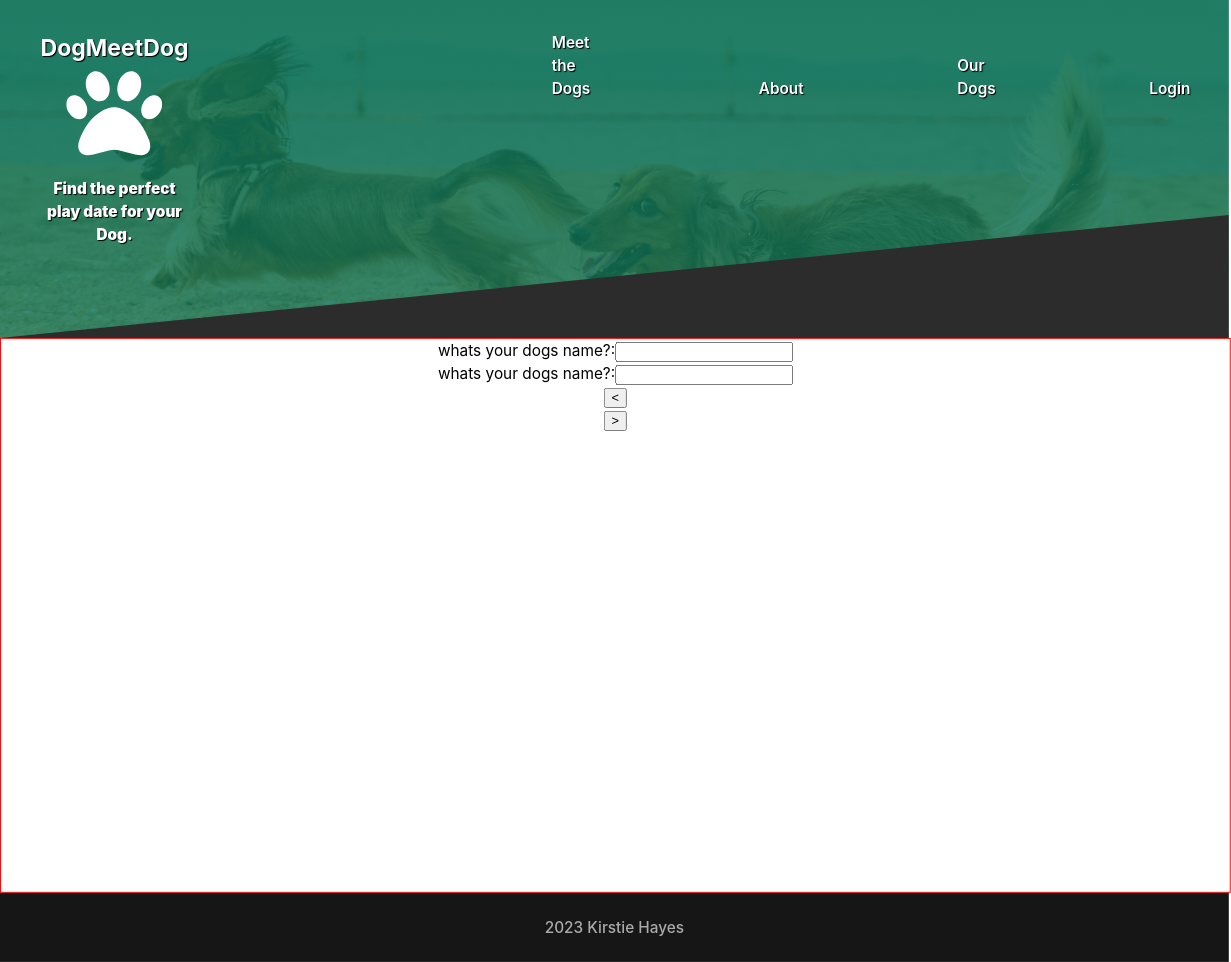
Repository: epixieme/dogmeetdog
Page: /questions (app in client/)
These files come from the project's save history. The page is drawn as it stood at one moment and after the next save; the edit follows.
The browser window is 1280 px wide. The page is 1282 px wide, so the pictures cover 1282 px, including what lies to the right of the window. The pictures show the whole page, at 96% of full size.
Some web libraries are served in a nearby version. The project was rebuilt for these pictures with package versions that can differ from the ones it lists, and the page was loaded fresh each time. Also part of the build but not shown: client/vite.config.ts, client/src/components/Shared/Headers/Dashboard-Header/dashboardHeader.css, client/src/components/Shared/Headers/Dashboard-Header/DashboardHeader.tsx, client/src/components/Layouts/Login_Layout.tsx, client/src/components/Shared/ErrorMessage/ErrorMessage.tsx, client/src/components/Shared/Loader/Loader.tsx, client/src/pages/LoggedOut/Home.tsx, client/src/pages/LoggedOut/About/About.tsx and 10 more.

Above is the page before, as saved 2024-01-29 16:24:25.

### client/index.html
<!DOCTYPE html>
<html lang="en">
  <head>
    <meta charset="UTF-8" />
    <link rel="icon" type="image/svg+xml" href="/vite.svg" />
    <meta name="viewport" content="width=device-width, initial-scale=1.0" />
    <script src="https://kit.fontawesome.com/b189f585cc.js" crossorigin="anonymous"></script>
    <title>Vite + React</title>
  </head>
  <body>
    <div id="root"></div>
    <script type="module" src="src/main.tsx"></script>
  </body>
</html>

### client/src/main.tsx
import ReactDOM from "react-dom/client";
import App from "./App";
import "./index.css";
import { ApolloClient, InMemoryCache, ApolloProvider,} from '@apollo/client'

const client = new ApolloClient({
  uri: 'http://localhost:4000',
  cache: new InMemoryCache(),
})

ReactDOM.createRoot(document.getElementById("root") as Element).render(

<ApolloProvider client={client}>
    <App />
</ApolloProvider>

);

### client/src/App.tsx
import { RouterProvider } from "react-router-dom";
import router from "./routes/router";


function App() {
  return <RouterProvider router={router} />
}

export default App;

### client/src/routes/router.tsx
import {
  createBrowserRouter,
  createRoutesFromElements,
  Route,
} from "react-router-dom";

import Main_Layout from "../components/Layouts/Main_Layout";
import Login_Layout from "../components/Layouts/Login_Layout";
import Home from "../pages/LoggedOut/Home";
import About from "../pages/LoggedOut/About/About";
import DisplayDogs from "../pages/LoggedOut/Dogs/DisplayDogs";
import NotFound from "../pages/Shared/NotFound";
// import DogDetails from "../pages/LoggedOut/Dogs/DogDetails";
import Dashboard from "../pages/LoggedIn/Dashboard";
import Reviews from "../pages/LoggedIn/Reviews";
import Question from "../pages/SignUp/Question";
import Login from "../pages/Login/Login";
import QuestionPage from "../pages/SignUp/QuestionPage";



//nested routes
const router = createBrowserRouter(
  createRoutesFromElements(
    <Route path="/" element={<Main_Layout />}>
      <Route index element={<Home />} />
      <Route path="dogs" element={<DisplayDogs /> } />
      <Route path="about" element={<About />} />
      <Route path="questions" element={<QuestionPage />} />
      <Route path="login"element={<Login />}/>
      {/* <Route path="dogs/:id" element={<DogDetails />} /> */}
      <Route path="meetdogs" element={<Login_Layout />}>
        <Route index element={<Dashboard />} />
        <Route path="reviews" element={<Reviews />} />
      </Route>
      <Route path="*" element={<NotFound />} />
    </Route>
  )
);

export default router;

### client/src/components/Layouts/Main_Layout.tsx
import Footer from "../shared/Footer/Footer"
import Header from "../shared/Headers/Main-Header/Header";
import { Outlet } from "react-router-dom";

export default function Main_Layout() {
  return (
    <>
      <Header />
      <main className="">
        <Outlet />
      </main>
      <Footer />
    </>
  );
}

### client/src/pages/SignUp/QuestionPage.tsx
import { Question } from "@features";
import { Button } from "@shared";
import useQuestionHook from "./useQuestionHook";
import "./signUp.css";
import { useEffect, useState, useRef } from "react";

export default function Questions(initialAnswer = "") {
  //store answers  to local storage
  // post answers and create a graph query
  // animate
  // const inputRef = useRef(null)
  const [answer, setAnswer] = useState<string>("");
  // const [answer, setAnswer] = useState<string>(window.localStorage.getItem('answer') || initialAnswer);

  // to use local storage use the allanswers[previousScreen]
  // const [allAnswers, setAllAnswers] = useState<string[]>([]);
  const getAnswers = window.localStorage.getItem("answers") as string;
  // const [allAnswers, setAllAnswers] = useState<string[]>(getAnswers? [JSON.parse(getAnswers)]:[]);
  const [allAnswers, setAllAnswers] = useState<string[]>([]);
  console.log(allAnswers);
  useEffect(() => {
    const answers = JSON.stringify(allAnswers);
    window.localStorage.setItem("answer", answer);
    window.localStorage.setItem("answers", answers);
  }, [answer]);

  const { questionText, currentScreen, nextScreen, previousScreen } =
    useQuestionHook();
  // change below to a hook
  async function handleNext() {
    setAnswer("");
    setAllAnswers([...allAnswers, answer]);
  }
  // async function handlePrevious() {
  //   previousScreen();
  // }

  return (
    <div className="questionText">
      <Question
        questionText={questionText[currentScreen]}
        // onChange={(e) => setAnswer(e.target.value)}
        onChange={(e) => setAnswer(e.target.value)}
        value={answer}

        // onChange={(e) =>
        //   setUser({...user, mobile_number: e.target.value })
        // }
      />
      <Question
        questionText={questionText[currentScreen]}
        // onChange={(e) => setAnswer(e.target.value)}
        onChange={(e) => setAnswer(e.target.value)}
        value={allAnswers[currentScreen]}


        // onChange={(e) =>
        //   setUser({...user, mobile_number: e.target.value })
        // }
      />
      <Button btnText={"<"} onClick={previousScreen} />
      <Button btnText={">"} onClick={handleNext} />
    </div>
  );
}

// import { useState } from 'react';

// let nextId = 0;

// export default function List() {
//   const [name, setName] = useState('');
//   const [artists, setArtists] = useState([]);

//   return (
//     <>
//       <h1>Inspiring sculptors:</h1>
//       <input
//         value={name}
//         onChange={e => setName(e.target.value)}
//       />
//       <button onClick={() => {
//       setName('')
//         setArtists([
//           ...artists,
//           { id: nextId++, name: name }
//         ]);
//       }}>Add</button>
//       <ul>
//         {artists.map(artist => (
//           <li key={artist.id}>{artist.name}</li>
//         ))}
//       </ul>
//     </>
//   );
// }

### client/src/components/Shared/Footer/Footer.tsx
export default function Footer() {
  return (
    <footer className="footer-container">
      <p>2023 Kirstie Hayes</p>
    </footer>
  );
}

### client/src/components/Shared/Headers/Main-Header/Header.tsx
import { Link, NavLink } from "react-router-dom";
// @ts-ignore
import useWindowWidth  from '../../../../hooks/useWindowWidth'

export default function Header() {
  const activeStyles = {
    textDecoration: "underline",
    color: "white",
  };

  const inactiveStyles = {
    color: "white",
  };

  const screenWidth = useWindowWidth()

  return (
    <header className="nav-menu-container">
      <svg
        xmlns="http://www.w3.org/2000/svg"
        viewBox="0 0 100 100"
        preserveAspectRatio="none"
      >
        <polygon fill="#2C2C2C" points="0,100 100,0 100,100" />
      </svg>

      <Link className="logo" to="/">
        <h1>DogMeetDog</h1>
        <svg
          xmlns="http://www.w3.org/2000/svg"
          height="1em"
          viewBox="0 0 512 512"
        >
          <path d="M226.5 92.9c14.3 42.9-.3 86.2-32.6 96.8s-70.1-15.6-84.4-58.5s.3-86.2 32.6-96.8s70.1 15.6 84.4 58.5zM100.4 198.6c18.9 32.4 14.3 70.1-10.2 84.1s-59.7-.9-78.5-33.3S-2.7 179.3 21.8 165.3s59.7 .9 78.5 33.3zM69.2 401.2C121.6 259.9 214.7 224 256 224s134.4 35.9 186.8 177.2c3.6 9.7 5.2 20.1 5.2 30.5v1.6c0 25.8-20.9 46.7-46.7 46.7c-11.5 0-22.9-1.4-34-4.2l-88-22c-15.3-3.8-31.3-3.8-46.6 0l-88 22c-11.1 2.8-22.5 4.2-34 4.2C84.9 480 64 459.1 64 433.3v-1.6c0-10.4 1.6-20.8 5.2-30.5zM421.8 282.7c-24.5-14-29.1-51.7-10.2-84.1s54-47.3 78.5-33.3s29.1 51.7 10.2 84.1s-54 47.3-78.5 33.3zM310.1 189.7c-32.3-10.6-46.9-53.9-32.6-96.8s52.1-69.1 84.4-58.5s46.9 53.9 32.6 96.8s-52.1 69.1-84.4 58.5z" />
        </svg>
        <p>Find the perfect play date for your Dog.</p>
      </Link>

      <nav className={// @ts-ignore
      screenWidth > 800 ? "nav-links-container" : "hidden"}>
      <NavLink
          to="/meetdogs"
          style={({ isActive }) => (isActive ? activeStyles : inactiveStyles)}
        >
          Meet the Dogs
        </NavLink>
        <NavLink
          to="/about"
          style={({ isActive }) => (isActive ? activeStyles : inactiveStyles)}
        >
          About
        </NavLink>
        <NavLink
          to="/dogs"
          style={({ isActive }) => (isActive ? activeStyles : inactiveStyles)}
        >
          Our Dogs
        </NavLink>
        <NavLink
          to="/login"
          style={({ isActive }) => (isActive ? activeStyles : inactiveStyles)}
        >
          Login
        </NavLink>
      </nav>
    </header>
  );
}

### client/src/components/Shared/index.ts
export { default as Button } from './Button/Button'
export { default as ErrorMessage } from './ErrorMessage/ErrorMessage'
export { default as Footer } from './Footer/Footer'
export { default as Header } from './Headers/Main-Header/Header'
export { default as DashboardHeader} from './Headers/Dashboard-Header/DashboardHeader'
export { default as Loader } from './Loader/Loader'

### client/src/components/Features/index.ts
export {default as DogCardList } from './DogCardList/DogCardList'
export {default as DogInformationCard}  from  './DogInformationCard/DogInformationCard'
export {default as Question }  from  './Question'

### client/src/pages/SignUp/useQuestionHook.tsx
import { useState } from "react";

const questionText =['whats your dogs name?', 'whats your dogs Breed?', 'where do you live?','whats your dogs age?', 'whats your dogs personality?' ]
const answers =['', '', '','', '' ]
const questionText2 =['Now Tell me about your owner(s)', 'names', 'hobbies' ]
export default function useQuestionHook(){

    const [currentScreen, setCurrentScreen] = useState(0)

    // const [answers, setAnswers] = useState<string[]>([]);
    // console.log(answers);


    function nextScreen() {
        if (currentScreen < questionText.length -1) {
        //  setAnswers(prevVal=>[...prevVal,inputValue])
          // need to add to local state too
          setCurrentScreen(currentScreen + 1);

        }
      }

      function previousScreen() {
        if (currentScreen > 0) {
          setCurrentScreen(currentScreen - 1);
        }
      }

      return {
        currentScreen,
        questionText,
        nextScreen,
        previousScreen
      }
}

### client/src/pages/SignUp/signUp.css
.questionText{
    display:flex;
    flex-direction: column;
    justify-content: flex-start;
    align-items: center;

    width:100vw;
    height:80vh;
    border: 1px solid red;
}

### client/src/hooks/useWindowWidth.jsx
import { useState, useEffect } from "react";

const useWindowWidth = () => {
  const [windowWidth, setWindowWidth] = useState(window.innerWidth);
  console.log(windowWidth)

  const updateWindowWidth = () => {
    setWindowWidth(window.innerWidth);

  };
  useEffect(() => {
    window.addEventListener("resize", updateWindowWidth);

    return () => window.removeEventListener("resize", updateWindowWidth);
  }, []);

  return windowWidth;
};

export default useWindowWidth;

### client/src/components/Shared/Button/Button.tsx
import React from "react";
import { Link } from "react-router-dom";


interface buttonProps {
  btnText:string,
  route?:any,
  onClick?: () => void,
}


export default function Button({ btnText, route, onClick }: buttonProps){
  return (
    <Link to={route} onClick={onClick} className="btnLink">
      <button> {btnText}</button>
    </Link>
  );
}

### client/src/components/Features/Question.tsx

interface Props {
  questionText: string;

}

export default function Question({ questionText }: Props) {
  return (
    <form action="" className="question1-container">
      <label>{questionText}:</label>
      <input type="text"></input>


    </form>
  );
}

Loaded but not shown: client/src/index.css (724 lines, source omitted)

After the next save:
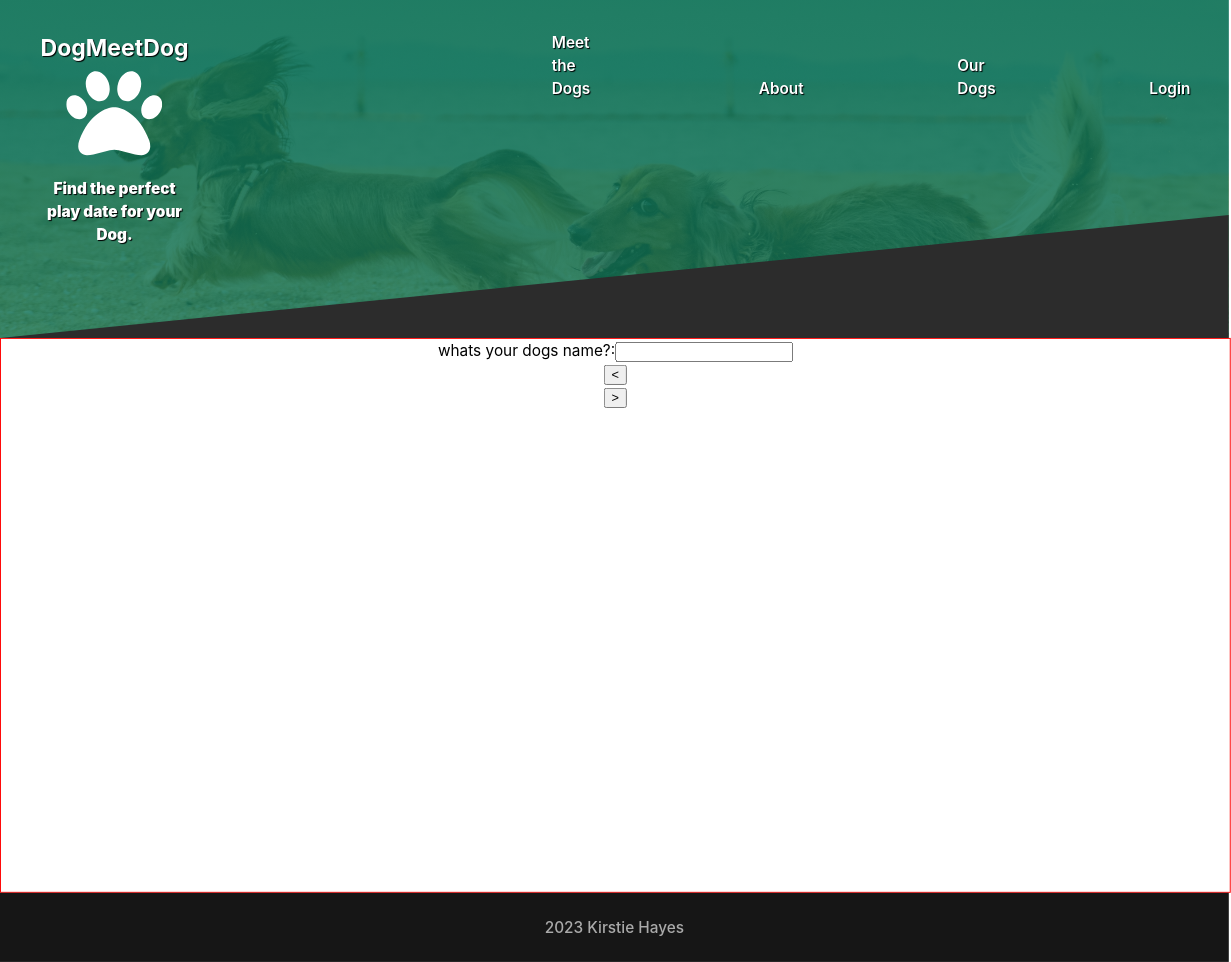
Saved 64 s later.
--- a/client/src/pages/SignUp/QuestionPage.tsx
+++ b/client/src/pages/SignUp/QuestionPage.tsx
@@ -37,16 +37,7 @@ export default function Questions(initialAnswer = "") {
 
   return (
     <div className="questionText">
-      <Question
-        questionText={questionText[currentScreen]}
-        // onChange={(e) => setAnswer(e.target.value)}
-        onChange={(e) => setAnswer(e.target.value)}
-        value={answer}
 
-        // onChange={(e) =>
-        //   setUser({...user, mobile_number: e.target.value })
-        // }
-      />
       <Question
         questionText={questionText[currentScreen]}
         // onChange={(e) => setAnswer(e.target.value)}
